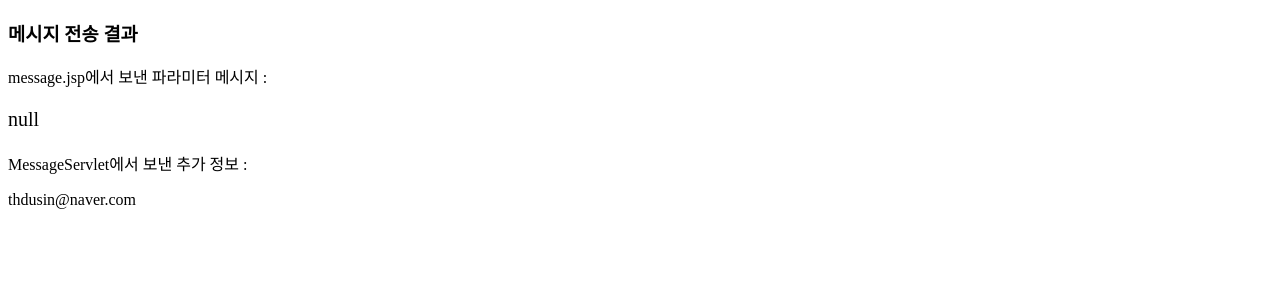
Repository: PARKJONGSUN88/multicampus_study
Page: http://localhost/web1/send
An editor plug-in stored every save of this project. The page is shown before and after the next save, followed by the edit.
The browser window is 1280 px wide. The pictures show the whole page.
The page is served by Tomcat 9.

Above is the page before, as saved 2019-06-27 05:51:10.

After the next save:
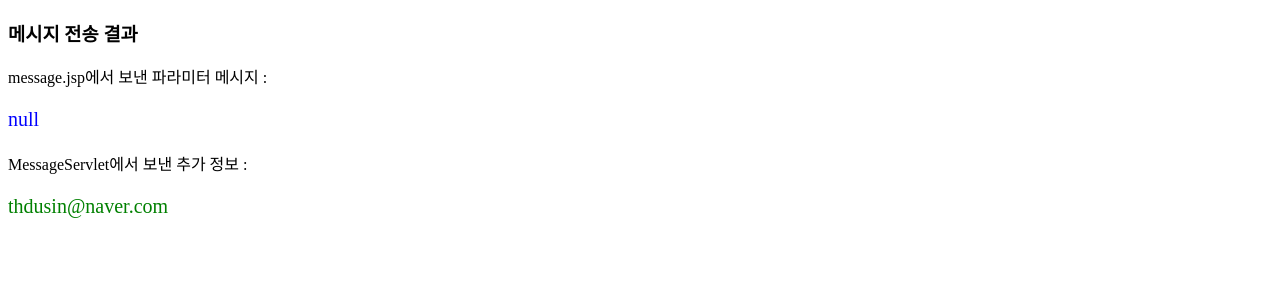
Saved 3 min 30 s later.
--- a/3-7. jsp, servletStudy Study/1. 실습/workspace2/web1/WebContent/WEB-INF/view/result.jsp
+++ b/3-7. jsp, servletStudy Study/1. 실습/workspace2/web1/WebContent/WEB-INF/view/result.jsp
@@ -4,7 +4,9 @@
 <head>
 <style>
 #blue{font-size:20px;
-		colr}
+		color:blue;}
+#green{font-size:20px;
+		color:green;}
 </style>
 <meta charset="utf-8">
 <title>result.jsp</title>
